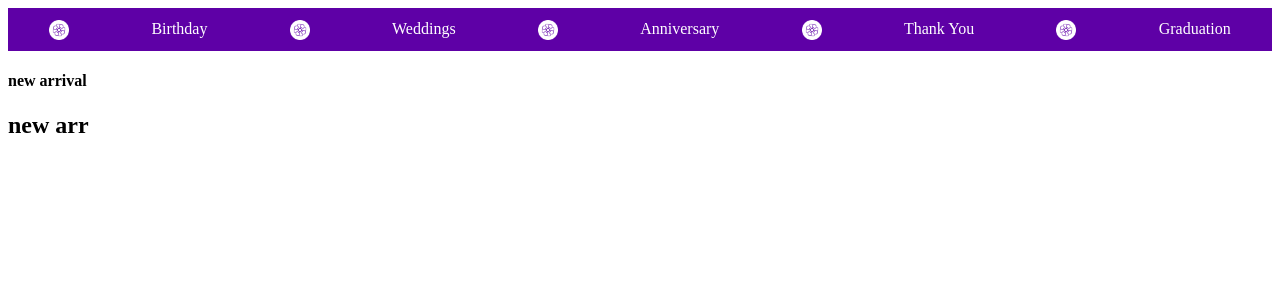
Repository: KolawoleTemilade/classroom-learning
Page: newarrival/index.html
The author's editor kept a copy of each file at every save. The page is drawn from the files as they stood at one save, then again after a run of saves.
The browser window is 1280 px wide. The pictures show the whole page.

Above is the page before, as saved 2025-10-01 17:42:21.

After the next 4 saves:
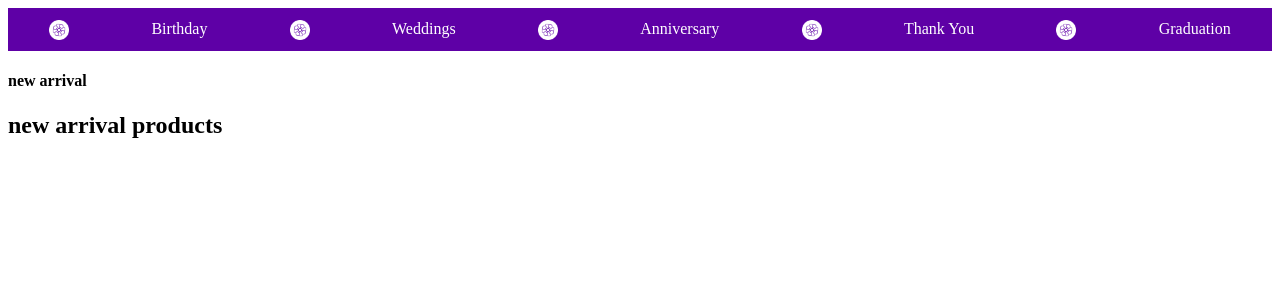
The 4 saves are shown as one change because they came seconds apart.
The last was saved 15 s later.
--- a/newarrival/index.html
+++ b/newarrival/index.html
@@ -48,7 +48,7 @@
     </div>
     <div class="new-arrival-sect">
         <h4>new arrival</h4>
-        <h2> new arr</h2>
+        <h2> new arrival <span>products</span></h2>
         <div class="">
 
         </div>
